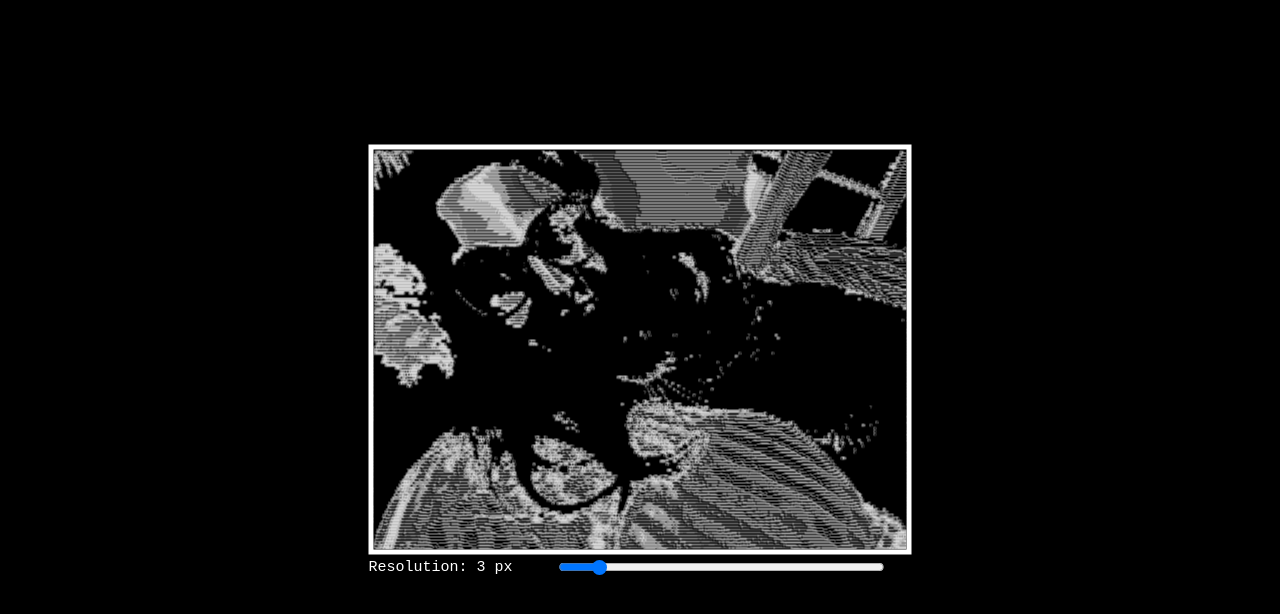
Repository: rosieomusic/ascii-art
Page: index.html
An editor plug-in stored every save of this project. The page is shown before and after the next save, followed by the edit.
The browser window is 1280 px wide. The pictures show the whole page.

Above is the page before, as saved 2025-04-17 01:22:36.

### index.html
<!DOCTYPE html>
<html>
	<head>
		<meta charset="UTF-8" />
		<meta
			http-equiv="X-UA-Compatible"
			content="IE-edge"
		/>
		<title>Pixels</title>
		<link
			rel="stylesheet"
			href="styles.css"
		/>
	</head>
	<body>
		<div class="container">
			<canvas id="canvas1"></canvas>
			<div class="controls">
				<label
					for="resolution"
					id="resolutionLabel"
					>Resolution 5 px</label
				>
				<input
					type="range"
					id="resolution"
					name="resolution"
					min="1"
					max="20"
					value="3"
				/>
			</div>
		</div>

		<script src="script.js"></script>
	</body>
</html>

### styles.css
* {
	margin: 0;
	padding: 0;
	box-sizing: border-box;
}
body {
	background: black;
}
.container {
	position: absolute;
	top: 50%;
	left: 50%;
	transform: translate(-50%, -50%);
}
#canvas1 {
	border: 5px solid white;
}
.controls {
	display: flex;
}
.controls > input {
	width: 60%;
}
.controls > label {
	font-family: 'Courier New', Courier, monospace;
	width: 35%;
	color: white;
	font-size: 15px;
}

### script.js
const inputSlider = document.getElementById('resolution');
const inputLabel = document.getElementById('resolutionLabel');
const canvas = document.getElementById('canvas1');
const ctx = canvas.getContext('2d');

const image1 = new Image();
image1.src = 'img/emilyJane.png';
inputSlider.addEventListener('change', handleSlider);

class Cell {
	constructor(x, y, symbol, color, size) {
		this.x = x;
		this.y = y;
		this.symbol = symbol;
		this.color = color;
		this.size = size;
		//this.padding = this.size * 0.2;
	}
	draw(ctx) {
		ctx.font = `${this.size * 2}px Times New Roman`;
		ctx.fillStyle = 'white';
		//ctx.fillText(this.symbol, this.x + 1, this.y + 1, +this.size);

		ctx.fillStyle = this.color;
		ctx.fillText(this.symbol, this.x, this.y, this.size);
		ctx.textBaseline = 'top';
	}
}
class AsciiEffect {
	#imageCellArray = [];
	#pixels = [];
	#ctx;
	#width;
	#height;
	constructor(ctx, width, height) {
		this.#ctx = ctx;
		this.#width = width;
		this.#height = height;
		this.#ctx.drawImage(image1, 0, 0, this.#width, this.#height);
		this.#pixels = this.#ctx.getImageData(0, 0, this.#width, this.#height);
		console.log(this.#pixels.data);
	}
	#convertToSymbol(g) {
		// @#W$9876543210?!abc;:+=-,._
		const asciiGradient = '@#W$9876543210?!abc;:+=-,._';
		const index = Math.floor((g / 255) * (asciiGradient.length - 1));
		return asciiGradient[index];
	}

	#scanImage(cellSize) {
		this.#imageCellArray = [];
		const stepX = Math.floor(cellSize * 0.6);
		const stepY = cellSize;
		for (let y = 0; y < this.#pixels.height; y += stepY) {
			for (let x = 0; x < this.#pixels.width; x += stepX) {
				if (x >= this.#pixels.width || y >= this.#pixels.height) continue;
				const posX = x * 4;
				const posY = y * 4;
				const pos = (y * this.#pixels.width + x) * 4;

				if (this.#pixels.data[pos + 3] > 128) {
					const red = this.#pixels.data[pos];
					const green = this.#pixels.data[pos + 1];
					const blue = this.#pixels.data[pos + 2];
					const grayscale = 0.2126 * red + 0.7152 * green + 0.0722 * blue;

					//const color = 'yellow';
					const color = grayscale > 128 ? 'white' : 'black';
					const total = red + green + blue;
					const averageColorValue = total / 3;
					//const color = `rgb(${red}, ${green}, ${blue})`;
					const symbol = this.#convertToSymbol(grayscale);
					if (symbol)
						this.#imageCellArray.push(new Cell(x, y, symbol, color, cellSize));
				}
			}
		}
		console.log(this.#imageCellArray);
	}
	#drawAscii() {
		this.#ctx.clearRect(0, 0, this.#width, this.#height);
		for (let i = 0; i < this.#imageCellArray.length; i++) {
			this.#imageCellArray[i].draw(this.#ctx);
		}
	}
	draw(cellSize) {
		this.#scanImage(cellSize);
		this.#drawAscii();
	}
}
let effect;
function handleSlider() {
	console.log('Slider value: ', inputSlider.value);
	if (inputSlider.value == 1) {
		inputLabel.innerHTML = 'Original Image';
		ctx.drawImage(image1, 0, 0, canvas.width, canvas.height);
	} else {
		inputLabel.innerHTML = 'Resolution: ' + inputSlider.value + ' px';
		ctx.font = parseInt(inputSlider.value) * 2 + 'px Courier New';
		effect.draw(parseInt(inputSlider.value));
	}
}
image1.onload = function initialize() {
	console.log('Image loaded: ', image1.src);
	console.log('Image dimiensions: ', image1.width, image1.height);

	canvas.width = image1.width;
	canvas.height = image1.height;
	ctx.drawImage(image1, 0, 0);

	const base64Image = canvas.toDataURL('img/emilyJane.png');
	console.log('Base64 image:', base64Image);

	effect = new AsciiEffect(ctx, image1.width, image1.height);
	//effect.draw(parseInt(inputSlider.value));
	handleSlider();
};

After the next save:
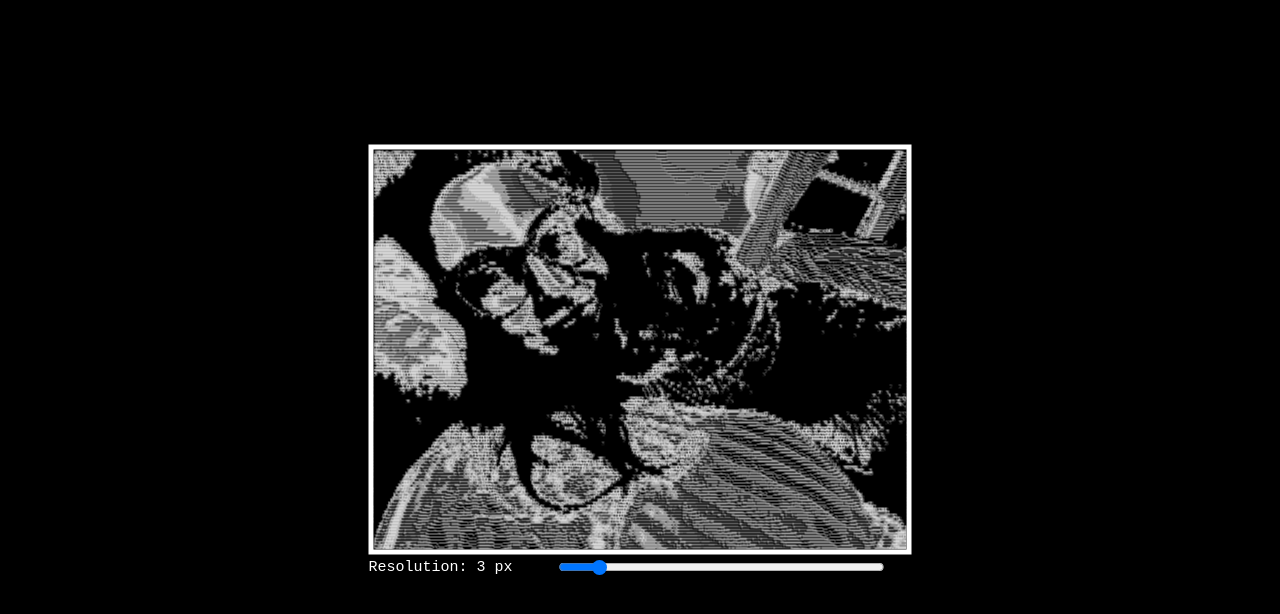
Saved 28 s later.
--- a/script.js
+++ b/script.js
@@ -65,7 +65,7 @@
 					const grayscale = 0.2126 * red + 0.7152 * green + 0.0722 * blue;
 
 					//const color = 'yellow';
-					const color = grayscale > 128 ? 'white' : 'black';
+					const color = grayscale > 100 ? 'white' : 'black';
 					const total = red + green + blue;
 					const averageColorValue = total / 3;
 					//const color = `rgb(${red}, ${green}, ${blue})`;
